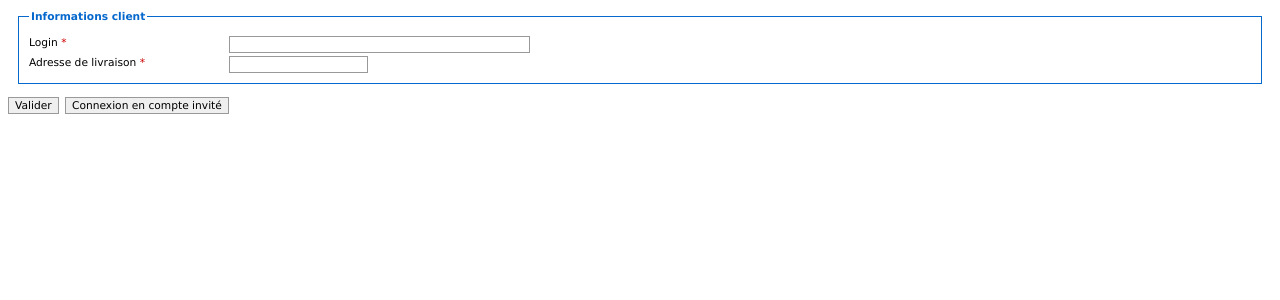
Repository: RomanKeller/Youtunes
Page: http://localhost/Web/main
These files come from the project's save history. The page is drawn as it stood at one moment and after the next save; the edit follows.
The browser window is 1280 px wide. The pictures show the whole page.
The page is served by Tomcat 9. Other server files are loaded and not shown.

Above is the page before, as saved 2014-06-04 14:14:14.

### Web/WebContent/WEB-INF/Test.jsp
<%@ page pageEncoding="UTF-8" %>
<!DOCTYPE html>
<html>
 <head>
 <meta charset="utf-8" />
 <title>Connexion</title>
 <link type="text/css" rel="stylesheet" href="inc/style.css"
 </head>
 <body>
 <div>
 <form method="get" action="Connexion à Youtube">
 <fieldset>
 <legend>Informations client</legend>

 <label for="Login">Login <span
class="requis">*</span></label>
 <input type="text" id="loginClient"
name="loginClient" value="" size="50" maxlength="50" />
 <br />

 <label for="adresseClient">Adresse de livraison
<span class="requis">*</span></label>
 <input type="password" id="passClient"
name="passClient" value="" size="20" maxlength="20" />
 <br />

 </fieldset>
 <input type="submit" value="Valider" />
 <input type="submit" value="Connexion en compte invité" /> <br
/>
 </form>
 </div>
 </body>
</html>

### Web/src/com/java/servlets/Appli.java
package com.java.servlets;

import java.io.IOException;
import java.io.PrintWriter;

import javax.servlet.ServletException;
import javax.servlet.http.HttpServlet;
import javax.servlet.http.HttpServletRequest;
import javax.servlet.http.HttpServletResponse;

public class Appli extends HttpServlet {
	public void doGet( HttpServletRequest request, HttpServletResponse
			response ) throws ServletException, IOException{
			String paramAuteur = request.getParameter( "auteur" );
			String message = "Transmission de variables : OK ! " + paramAuteur;
			 request.setAttribute( "test", message );
			 this.getServletContext().getRequestDispatcher("/WEB-INF/Test.jsp").forward( request, response );
			}

	public static void main(String[] args) {
		// TODO Auto-generated method stub

	}

}

### Web/WebContent/inc/style.css
/* Général ---------------------------------------------------------
---------------------------- */
body, p, legend, label, input {
 font: normal 8pt verdana, helvetica, sans-serif;
}
/* Forms -----------------------------------------------------------
---------------------------- */
fieldset {
 padding: 10px;
 border: 1px #0568CD solid;
 margin: 10px;
}
legend {
 font-weight: bold;
 color: #0568CD;
}
form label {
 float: left;
 width: 200px;
 margin: 3px 0px 0px 0px;
}
form input {
 margin: 3px 3px 0px 0px;
 border: 1px #999 solid;
}
form input.sansLabel {
 margin-left: 200px;
}
/* Styles et couleurs ----------------------------------------------
---------------------------- */
.requis {
 color: #c00;
}
.erreur {
 color: #900;
}
.succes {
 color: #090;
}
.info {
 font-style: italic;
 color: #E8A22B;
}

After the next save:
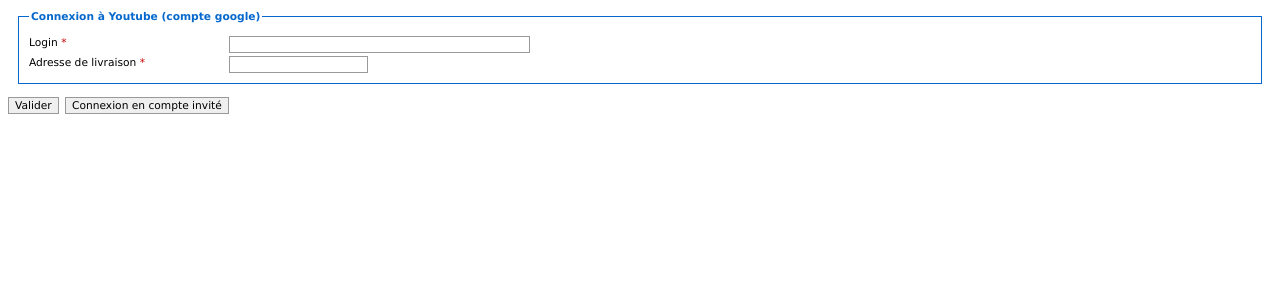
Saved 60 s later.
--- a/Web/WebContent/WEB-INF/Test.jsp
+++ b/Web/WebContent/WEB-INF/Test.jsp
@@ -8,9 +8,9 @@
  </head>
  <body>
  <div>
- <form method="get" action="Connexion à Youtube">
+ <form method="get" action="Connexion">
  <fieldset>
- <legend>Informations client</legend>
+ <legend>Connexion à Youtube (compte google)</legend>
 
  <label for="Login">Login <span
 class="requis">*</span></label>
